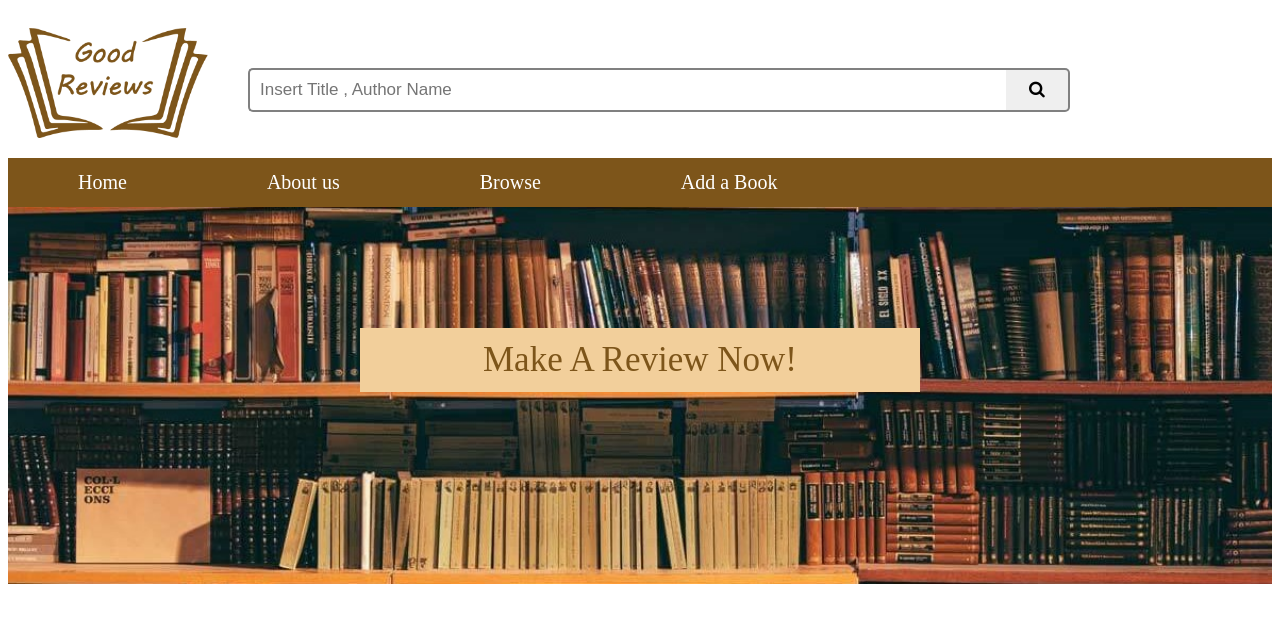
Repository: sesiliafenina/db-project
Page: index.html
An editor plug-in stored every save of this project. The page is shown before and after the next save, followed by the edit.
The browser window is 1280 px wide. The pictures show the whole page.

Above is the page before, as saved 2020-12-06 14:32:38.
Console error: SyntaxError: Cannot use import statement outside a module

After the next save:
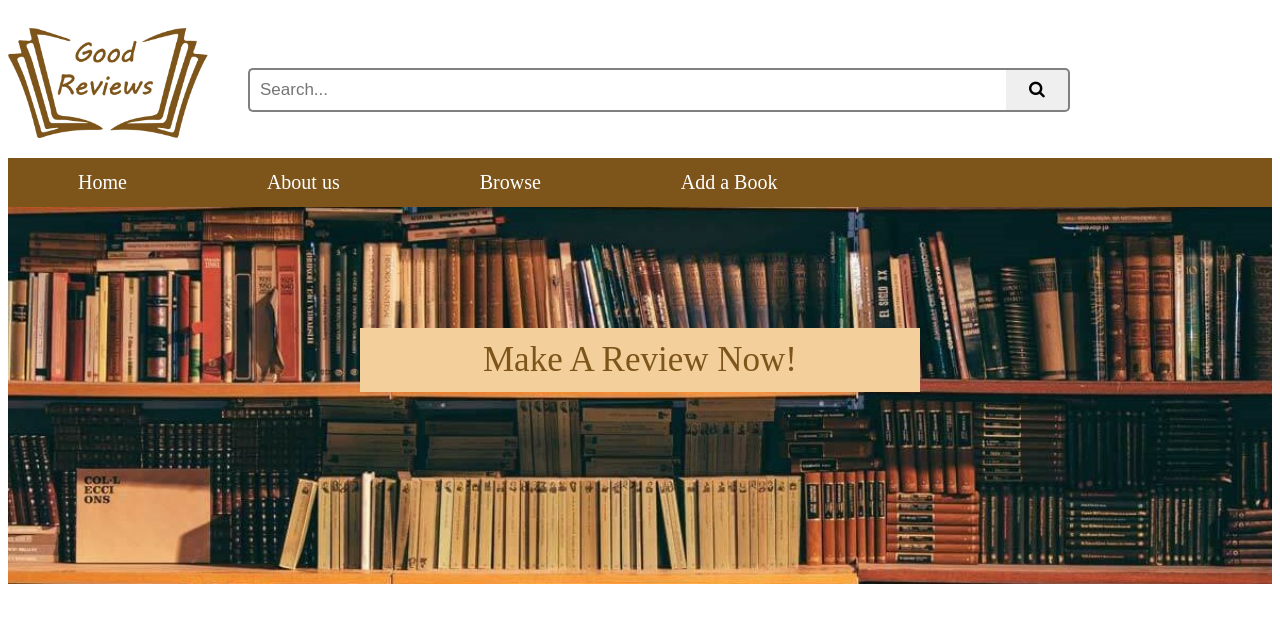
Saved 25 s later.
--- a/index.html
+++ b/index.html
@@ -17,7 +17,7 @@
         <input
           id="search-query"
           type="text"
-          placeholder="Insert Title , Author Name"
+          placeholder="Search..."
           name="search"
         />
         <button class="search" type="submit" onclick="nextPage()">
